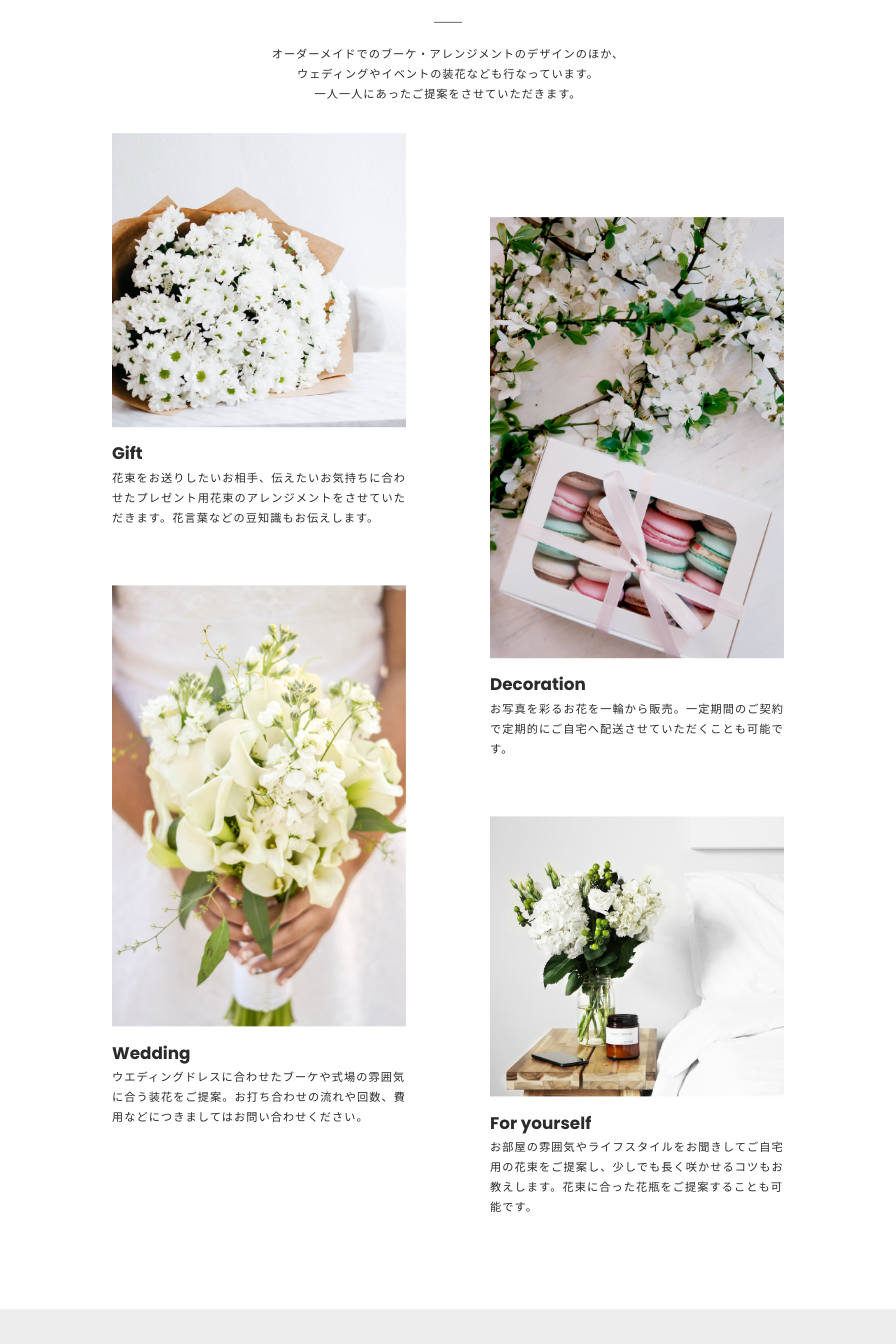
Repository: kami8ma8810/Portfolio-Findjob
Page: public/2019/Shiro/index.html
The author's editor kept a copy of each file at every save. The page is drawn from the files as they stood at one save, then again after the next save.
The browser window is 1280 px wide. The pictures show the part of the page from y = 1516 to 3436 px (the page is 5224 px tall), at 70% of full size.
Some web libraries are served in a nearby version.

Above is the page before, as saved 2019-06-19 22:29:39.

After the next save:
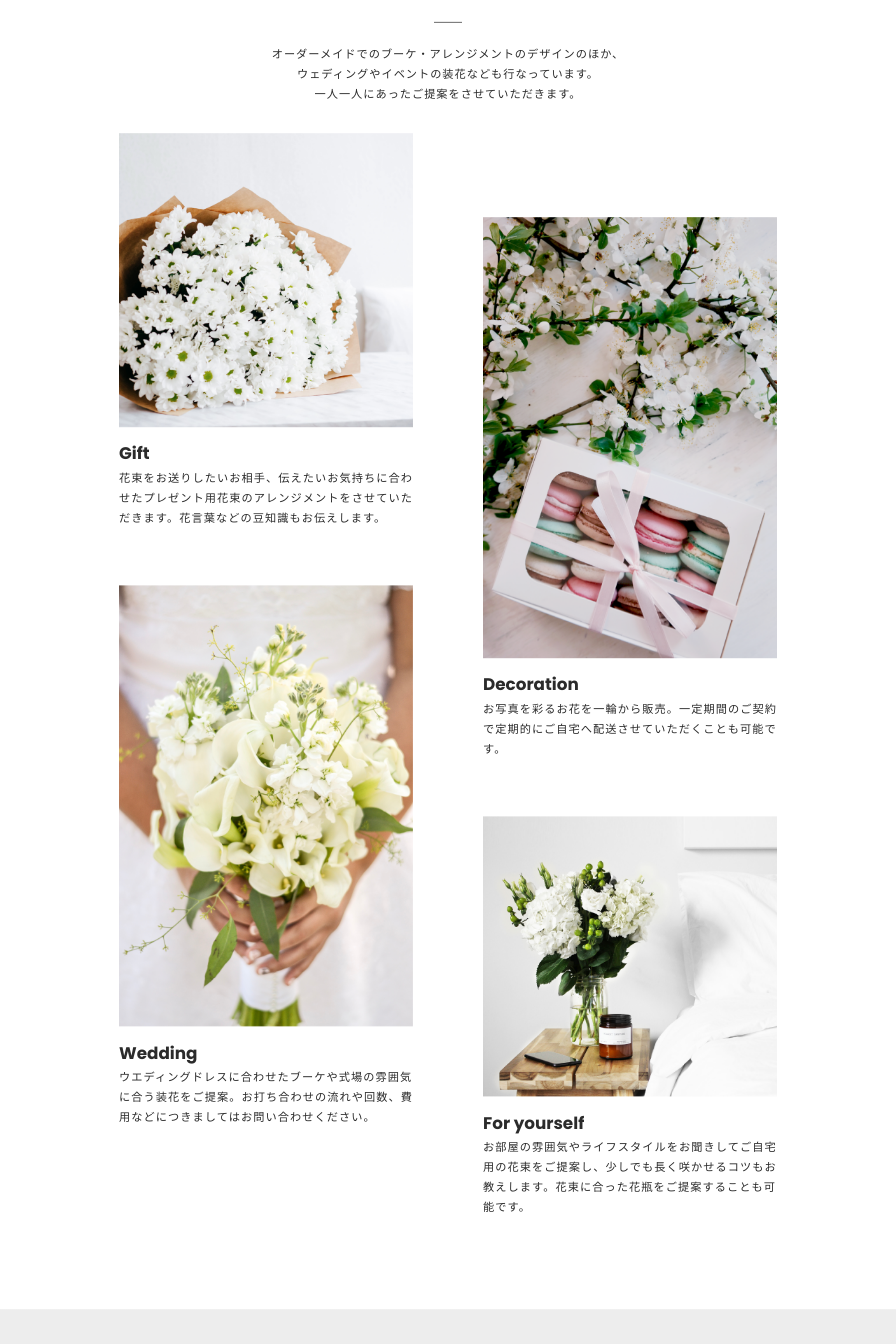
Saved 32 s later.
--- a/public/2019/Shiro/style.css
+++ b/public/2019/Shiro/style.css
@@ -203,6 +203,7 @@
 .work_content {
   width: 420px;
   padding-bottom: 80px;
+  margin: 0 10px;
   text-align: left;
   line-height: 1.8;
 }

After the save that followed:
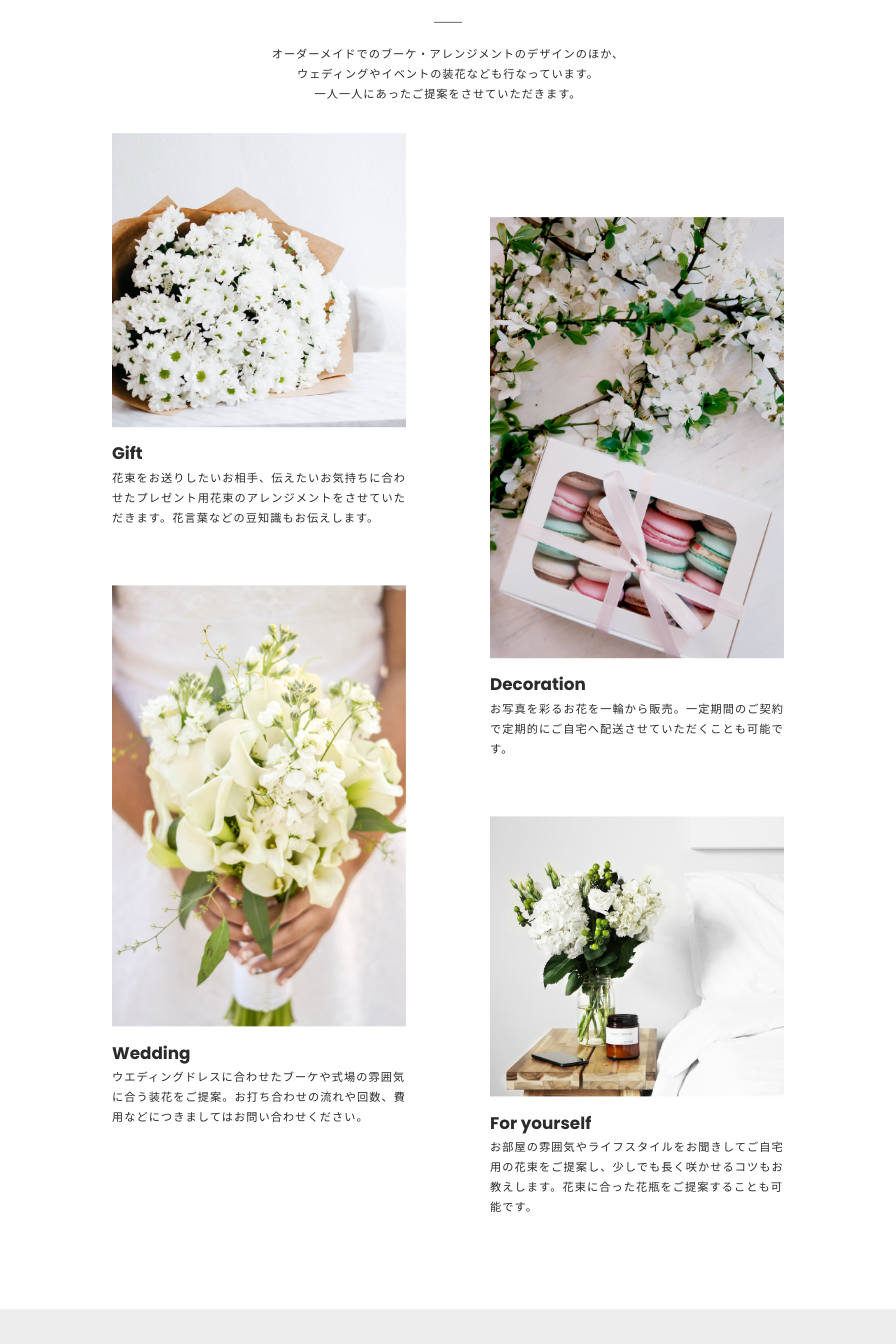
Saved 35 s later.
--- a/public/2019/Shiro/style.css
+++ b/public/2019/Shiro/style.css
@@ -203,7 +203,6 @@
 .work_content {
   width: 420px;
   padding-bottom: 80px;
-  margin: 0 10px;
   text-align: left;
   line-height: 1.8;
 }
